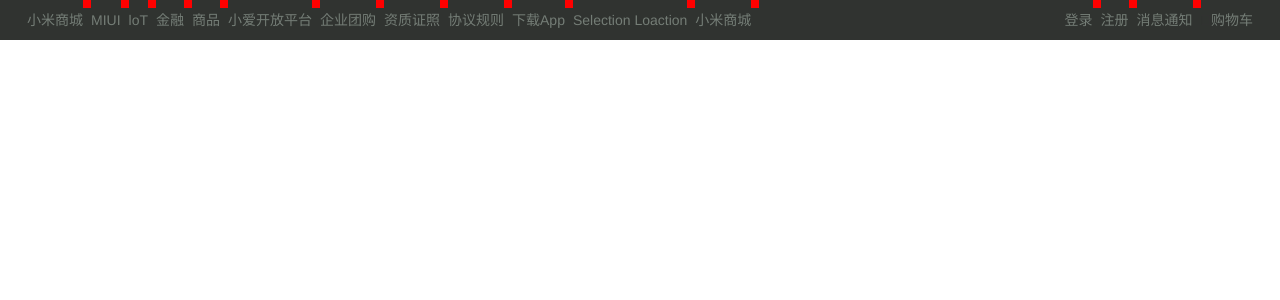
Repository: chenguocan/mi
Page: index.html
These files come from the project's save history. The page is drawn as it stood at one moment and after the next save; the edit follows.
The browser window is 1280 px wide. The pictures show the whole page.

Above is the page before, as saved 2020-10-13 09:45:48.

After the next save:
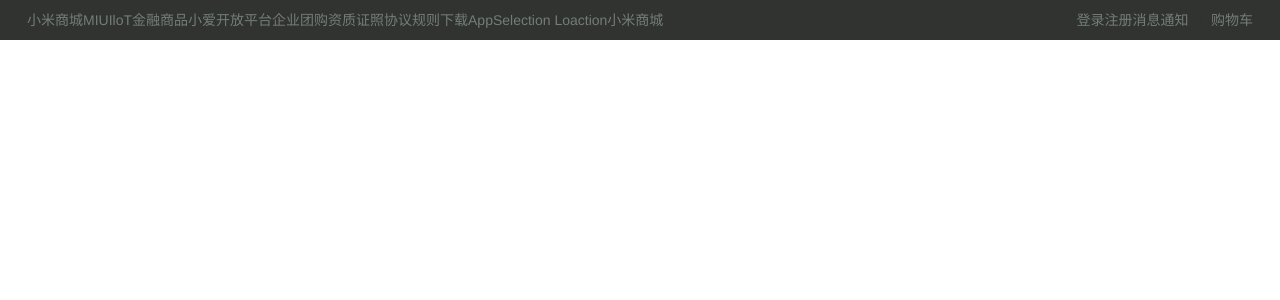
Saved 23 s later.
--- a/css/index.css
+++ b/css/index.css
@@ -20,6 +20,6 @@
     color:rgb(116, 125, 118);
 }
 .line{
-    line-height: 40px;
-    border:4px solid red;
+
+    border-right:4px solid red;
 }
